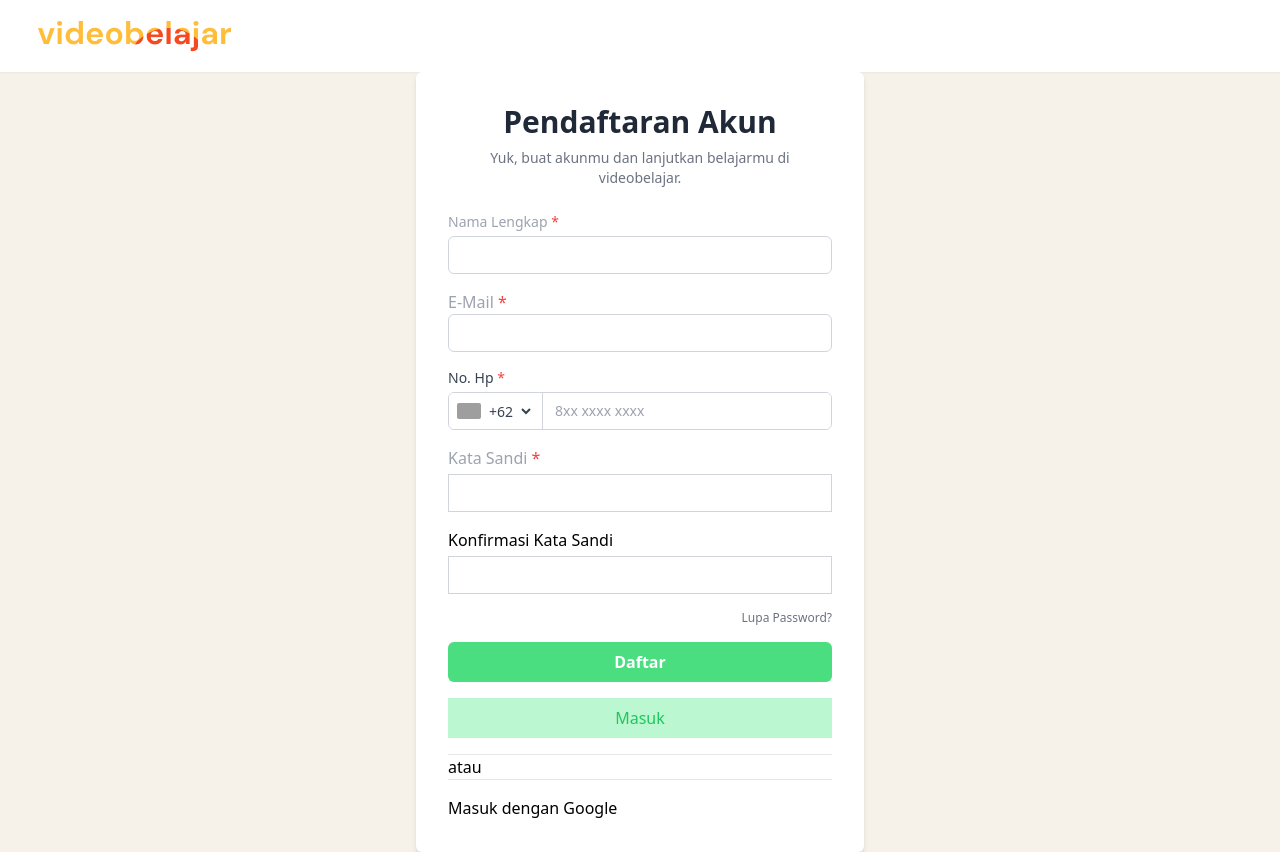
Repository: dimascahyanugraha/Course-Mission-4
Page: /signup
These files come from the project's save history. The page is drawn as it stood at one moment and after the next save; the edit follows.
The browser window is 1280 px wide. The pictures show the whole page.
Pictures or frames that could not be fetched are drawn as grey boxes. The project was rebuilt for these pictures with package versions that can differ from the ones it lists, and the page was loaded fresh each time. Also part of the build but not shown: vite.config.js, src/components/LoginPage.jsx.

Above is the page before, as saved 2026-05-30 00:23:23.

After the next save:
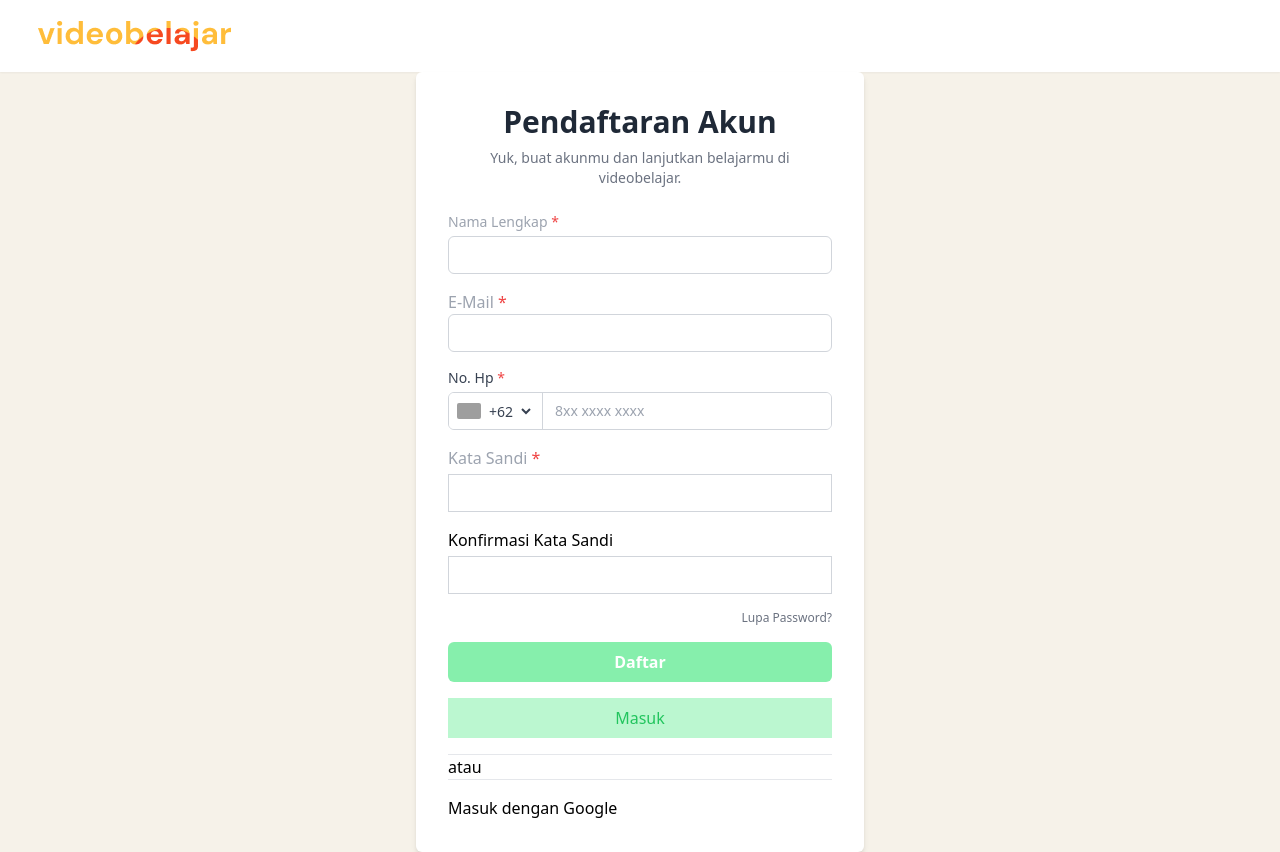
Saved 11 s later.
--- a/src/components/Signup.jsx
+++ b/src/components/Signup.jsx
@@ -81,7 +81,7 @@
                 Lupa Password?
               </a>
             </div>
-            <button className="w-full bg-green-400 text-white font-semibold py-2 rounded-md hover:bg-green-200 transition">
+            <button className="w-full bg-green-300 text-white font-semibold py-2 rounded-md hover:bg-green-200 transition">
               Daftar
             </button>
             <button className="bg-green-200 w-full py-2 text-green-500">

After the save that followed:
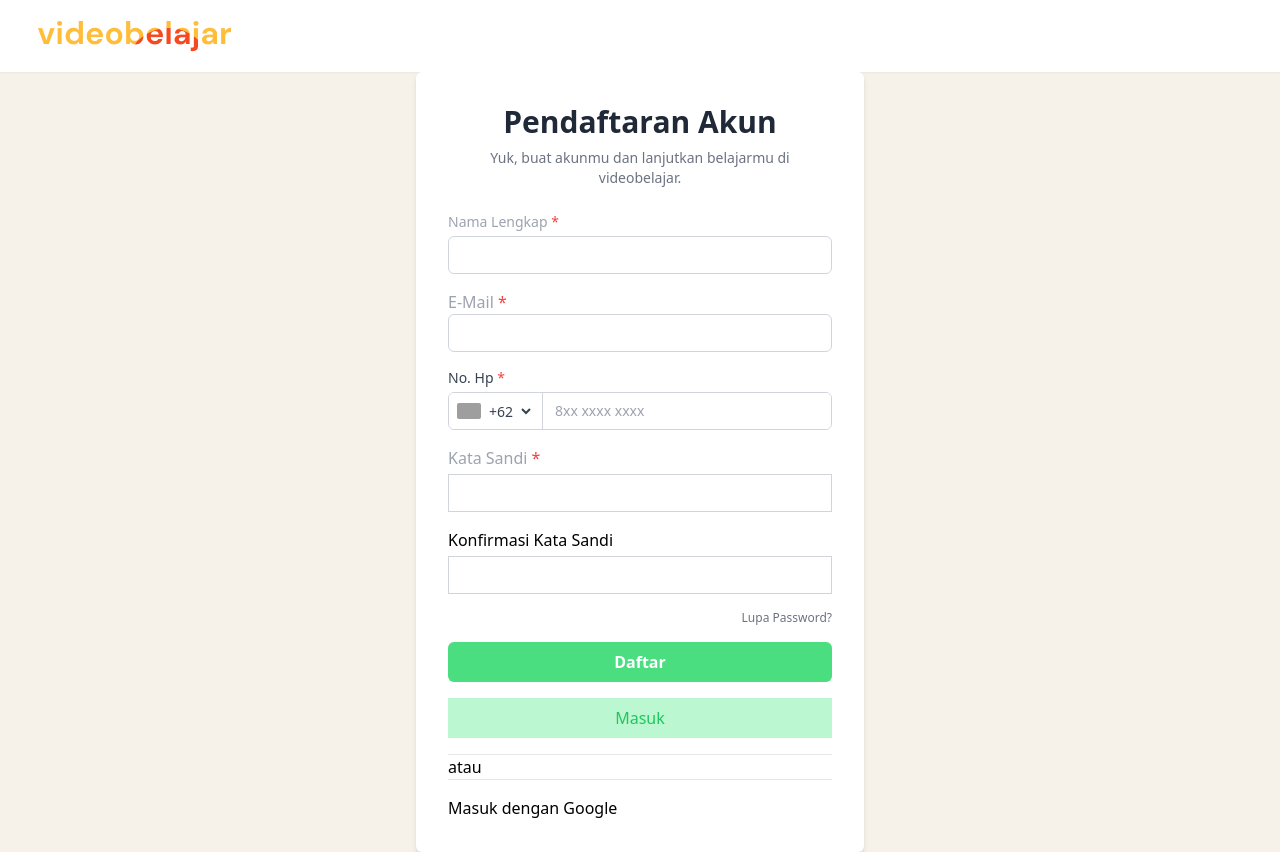
Saved 4 s later.
--- a/src/components/Signup.jsx
+++ b/src/components/Signup.jsx
@@ -81,7 +81,7 @@
                 Lupa Password?
               </a>
             </div>
-            <button className="w-full bg-green-300 text-white font-semibold py-2 rounded-md hover:bg-green-200 transition">
+            <button className="w-full bg-green-400 text-white font-semibold py-2 rounded-md hover:bg-green-200 transition">
               Daftar
             </button>
             <button className="bg-green-200 w-full py-2 text-green-500">
